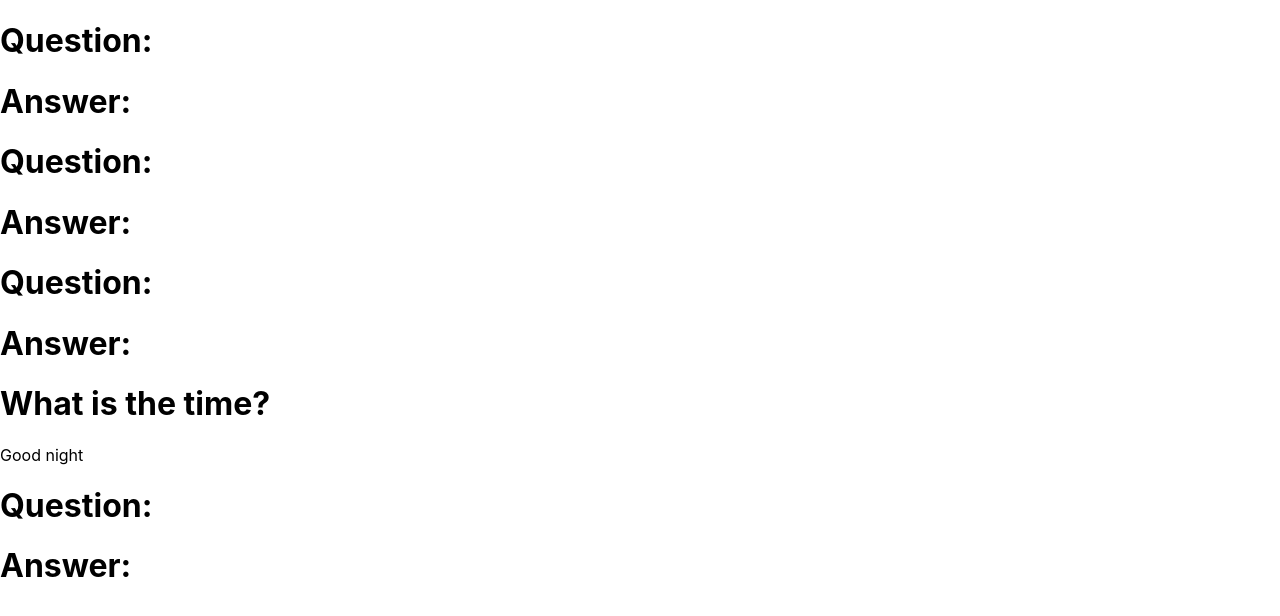
Repository: Antonynans/Todo-app
Page: /
These files come from the project's save history. The page is drawn as it stood at one moment and after the next save; the edit follows.
The browser window is 1280 px wide. The pictures show the whole page.
The project was rebuilt for these pictures with package versions that can differ from the ones it lists, and the page was loaded fresh each time.

Above is the page before, as saved 2020-09-17 14:59:20.

After the next save:
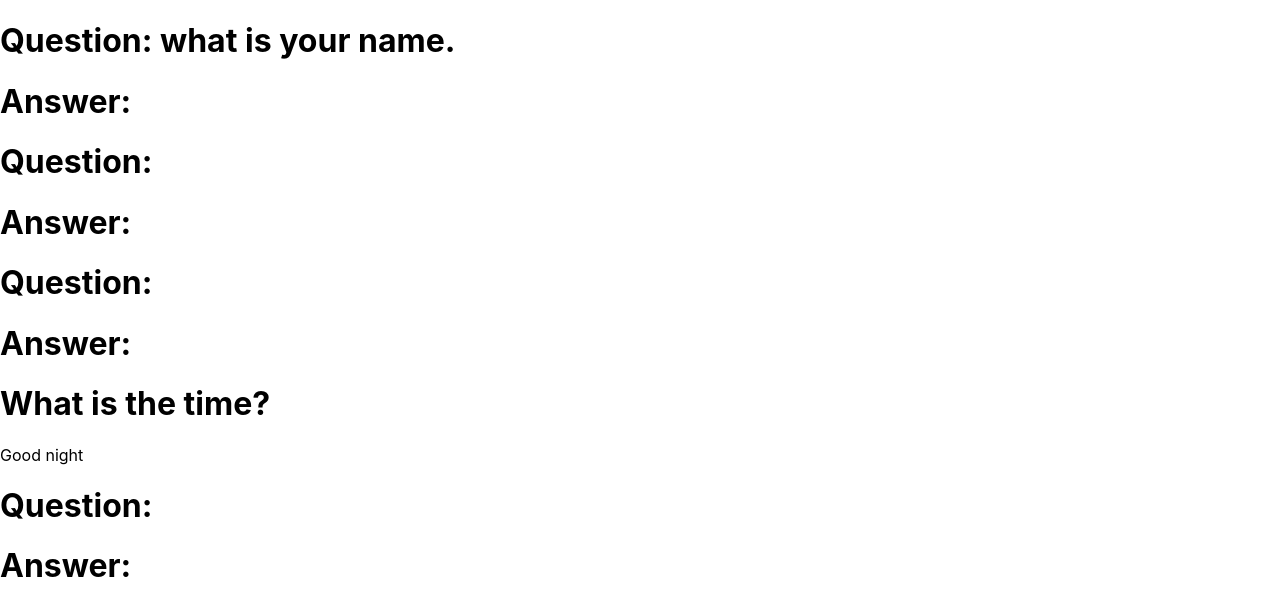
Saved 5 s later.
--- a/src/App.js
+++ b/src/App.js
@@ -6,7 +6,7 @@ function App() {
   return (
     <div>
        <ItemTask
-       Question="what is your name."
+       question="what is your name."
        />
        <ItemTask />
        <ItemTask />
